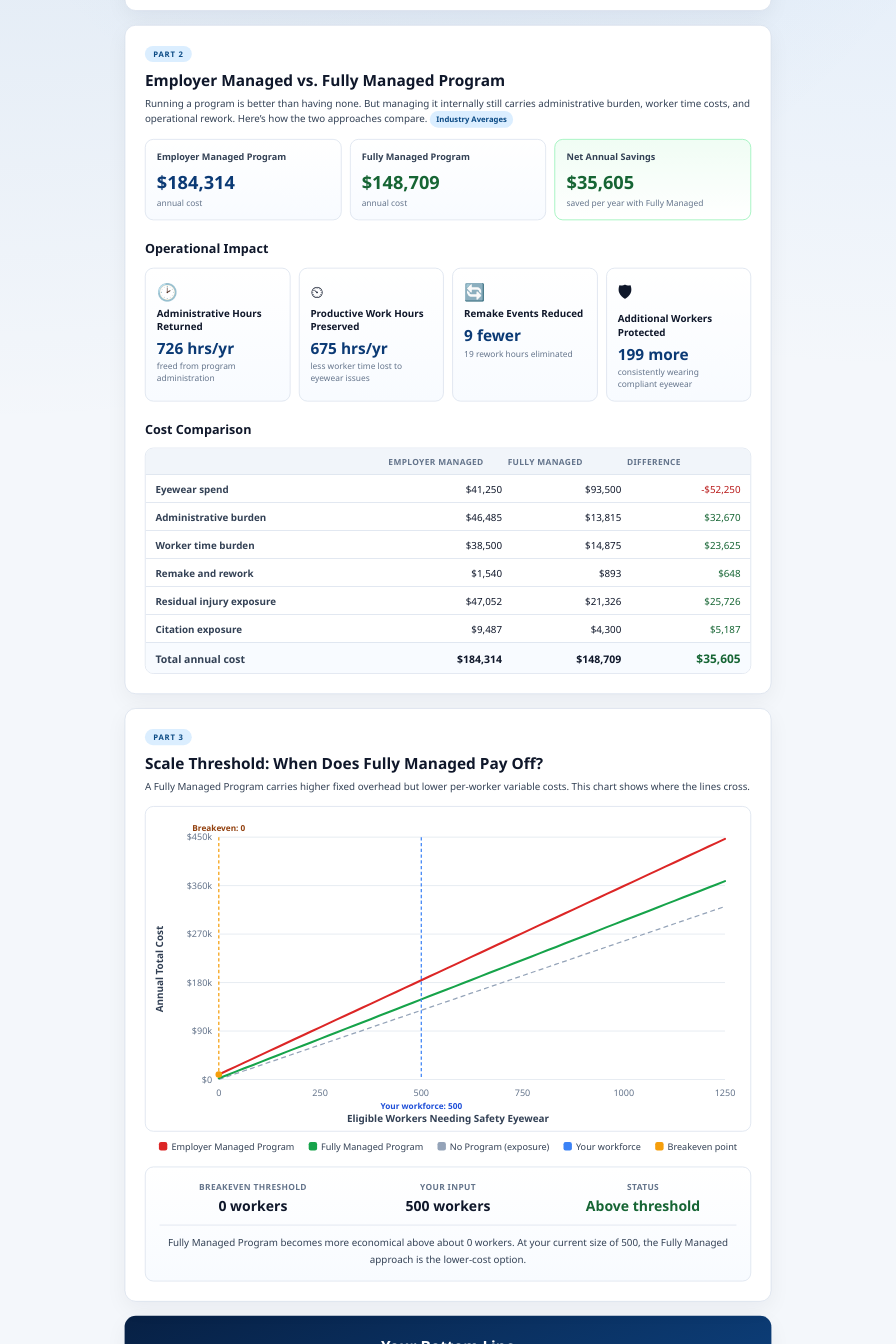
Repository: framescalemarketing-code/cost-analysis-calculator
Page: /
The author's editor kept a copy of each file at every save. The page is drawn from the files as they stood at one save, then again after the next save.
The browser window is 1280 px wide. The pictures show the part of the page from y = 1092 to 3012 px (the page is 3844 px tall), at 70% of full size.
The project was rebuilt for these pictures with package versions that can differ from the ones it lists, and the page was loaded fresh each time. The framework's server and built-in components were replaced by stand-ins that run in the browser. Also part of the build but not shown: next.config.mjs.

Above is the page before, as saved 2026-03-16 16:57:42.

### app/layout.tsx
import type { Metadata } from "next";
import "./globals.css";

export const metadata: Metadata = {
  title: "Safety Eyewear Savings Calculator",
  description: "Compare the cost of no program, an employer managed program, and a fully managed safety eyewear program — with honest breakeven analysis.",
};

export default function RootLayout({ children }: { children: React.ReactNode }) {
  return (
    <html lang="en">
      <body>{children}</body>
    </html>
  );
}

### app/lib/industryConfig.ts
/* ────────────────────────────────────────────────────────
   INDUSTRY ASSUMPTIONS
   Each industry provides a complete set of preset values
   used to drive all three scenarios: No Program,
   Employer Managed Program, and Fully Managed Program.

   Sources / basis for figures:
   • Injury rates: BLS SOII (Survey of Occupational Injuries)
   • Direct cost per eye injury: NSC Injury Facts / NCCI claims
   • Indirect multiplier: Stanford / Liberty Mutual (1:3–4 ratio)
   • Admin minutes: EHS program management benchmarks (ASSE)
   • Productivity minutes: time-motion studies for PPE programs
   • Remake rates: optical lab industry QC benchmarks
   • OSHA penalties: OSHA penalty schedule (FY 2024, serious = $16,131)
   • Participation & compliance: PPE adoption research (NIOSH, NSC)
   ──────────────────────────────────────────────────────── */

export type IndustryPreset = {
  /* ── risk profile ── */
  injuryRatePerEligibleWorkerPerYear: number;
  avgDirectEyeInjuryCost: number;
  indirectCostMultiplier: number;
  citationProbabilityPerResidualInjury: number;
  avgCitationCost: number;

  /* ── eyewear cost per participant ── */
  employerManagedEyewearCostPerWorker: number;
  fullyManagedEyewearCostPerWorker: number;

  /* ── admin burden (per-worker scaling) ── */
  employerManagedAdminMinPerWorkerPerMonth: number;
  fullyManagedAdminMinPerWorkerPerMonth: number;

  /* ── admin burden (fixed base) ── */
  employerManagedBaseAdminHoursPerYear: number;
  fullyManagedBaseAdminHoursPerYear: number;

  /* ── worker time burden (per-worker scaling) ── */
  employerManagedWorkerBurdenMinPerWorkerPerMonth: number;
  fullyManagedWorkerBurdenMinPerWorkerPerMonth: number;

  /* ── participation and compliance ── */
  employerManagedParticipationRate: number;
  fullyManagedParticipationRate: number;
  employerManagedWearComplianceRate: number;
  fullyManagedWearComplianceRate: number;

  /* ── remake / rework ── */
  employerManagedRemakeRate: number;
  fullyManagedRemakeRate: number;

  /* ── no-program disruption ── */
  noProgramDisruptionHoursPerWorkerPerYear: number;

  /* ── protection effectiveness ── */
  protectionEffectiveness: number;

  /* ── fully managed onboarding fee (one-time, amortised over contract) ── */
  fullyManagedOnboardingFee: number;
};

export type IndustryKey =
  | "Manufacturing"
  | "Construction"
  | "Warehousing"
  | "Utilities"
  | "Life Sciences"
  | "Aerospace & Defense";

export const INDUSTRIES: Record<IndustryKey, IndustryPreset> = {
  Manufacturing: {
    injuryRatePerEligibleWorkerPerYear: 0.012,
    avgDirectEyeInjuryCost: 3000,
    indirectCostMultiplier: 3,
    citationProbabilityPerResidualInjury: 0.15,
    avgCitationCost: 16131,

    employerManagedEyewearCostPerWorker: 150,
    fullyManagedEyewearCostPerWorker: 220,

    employerManagedAdminMinPerWorkerPerMonth: 15,
    fullyManagedAdminMinPerWorkerPerMonth: 3,

    employerManagedBaseAdminHoursPerYear: 208,
    fullyManagedBaseAdminHoursPerYear: 52,

    employerManagedWorkerBurdenMinPerWorkerPerMonth: 20,
    fullyManagedWorkerBurdenMinPerWorkerPerMonth: 5,

    employerManagedParticipationRate: 0.55,
    fullyManagedParticipationRate: 0.85,
    employerManagedWearComplianceRate: 0.70,
    fullyManagedWearComplianceRate: 0.92,

    employerManagedRemakeRate: 0.08,
    fullyManagedRemakeRate: 0.03,

    noProgramDisruptionHoursPerWorkerPerYear: 2.4,
    protectionEffectiveness: 0.9,
    fullyManagedOnboardingFee: 35000,
  },

  Construction: {
    injuryRatePerEligibleWorkerPerYear: 0.015,
    avgDirectEyeInjuryCost: 3200,
    indirectCostMultiplier: 3.2,
    citationProbabilityPerResidualInjury: 0.18,
    avgCitationCost: 16131,

    employerManagedEyewearCostPerWorker: 155,
    fullyManagedEyewearCostPerWorker: 225,

    employerManagedAdminMinPerWorkerPerMonth: 18,
    fullyManagedAdminMinPerWorkerPerMonth: 4,

    employerManagedBaseAdminHoursPerYear: 260,
    fullyManagedBaseAdminHoursPerYear: 52,

    employerManagedWorkerBurdenMinPerWorkerPerMonth: 24,
    fullyManagedWorkerBurdenMinPerWorkerPerMonth: 6,

    employerManagedParticipationRate: 0.50,
    fullyManagedParticipationRate: 0.82,
    employerManagedWearComplianceRate: 0.66,
    fullyManagedWearComplianceRate: 0.90,

    employerManagedRemakeRate: 0.09,
    fullyManagedRemakeRate: 0.03,

    noProgramDisruptionHoursPerWorkerPerYear: 2.9,
    protectionEffectiveness: 0.9,
    fullyManagedOnboardingFee: 45000,
  },

  Warehousing: {
    injuryRatePerEligibleWorkerPerYear: 0.009,
    avgDirectEyeInjuryCost: 2800,
    indirectCostMultiplier: 2.8,
    citationProbabilityPerResidualInjury: 0.12,
    avgCitationCost: 16131,

    employerManagedEyewearCostPerWorker: 140,
    fullyManagedEyewearCostPerWorker: 210,

    employerManagedAdminMinPerWorkerPerMonth: 14,
    fullyManagedAdminMinPerWorkerPerMonth: 3,

    employerManagedBaseAdminHoursPerYear: 156,
    fullyManagedBaseAdminHoursPerYear: 52,

    employerManagedWorkerBurdenMinPerWorkerPerMonth: 18,
    fullyManagedWorkerBurdenMinPerWorkerPerMonth: 4,

    employerManagedParticipationRate: 0.60,
    fullyManagedParticipationRate: 0.87,
    employerManagedWearComplianceRate: 0.73,
    fullyManagedWearComplianceRate: 0.93,

    employerManagedRemakeRate: 0.07,
    fullyManagedRemakeRate: 0.02,

    noProgramDisruptionHoursPerWorkerPerYear: 2.2,
    protectionEffectiveness: 0.9,
    fullyManagedOnboardingFee: 25000,
  },

  Utilities: {
    injuryRatePerEligibleWorkerPerYear: 0.010,
    avgDirectEyeInjuryCost: 2900,
    indirectCostMultiplier: 2.9,
    citationProbabilityPerResidualInjury: 0.14,
    avgCitationCost: 16131,

    employerManagedEyewearCostPerWorker: 145,
    fullyManagedEyewearCostPerWorker: 215,

    employerManagedAdminMinPerWorkerPerMonth: 16,
    fullyManagedAdminMinPerWorkerPerMonth: 3,

    employerManagedBaseAdminHoursPerYear: 182,
    fullyManagedBaseAdminHoursPerYear: 52,

    employerManagedWorkerBurdenMinPerWorkerPerMonth: 20,
    fullyManagedWorkerBurdenMinPerWorkerPerMonth: 5,

    employerManagedParticipationRate: 0.58,
    fullyManagedParticipationRate: 0.86,
    employerManagedWearComplianceRate: 0.72,
    fullyManagedWearComplianceRate: 0.92,

    employerManagedRemakeRate: 0.07,
    fullyManagedRemakeRate: 0.02,

    noProgramDisruptionHoursPerWorkerPerYear: 2.4,
    protectionEffectiveness: 0.9,
    fullyManagedOnboardingFee: 32000,
  },

  "Life Sciences": {
    injuryRatePerEligibleWorkerPerYear: 0.008,
    avgDirectEyeInjuryCost: 3400,
    indirectCostMultiplier: 3.5,
    citationProbabilityPerResidualInjury: 0.20,
    avgCitationCost: 16131,

    employerManagedEyewearCostPerWorker: 165,
    fullyManagedEyewearCostPerWorker: 235,

    employerManagedAdminMinPerWorkerPerMonth: 16,
    fullyManagedAdminMinPerWorkerPerMonth: 3,

    employerManagedBaseAdminHoursPerYear: 220,
    fullyManagedBaseAdminHoursPerYear: 56,

    employerManagedWorkerBurdenMinPerWorkerPerMonth: 18,
    fullyManagedWorkerBurdenMinPerWorkerPerMonth: 5,

    employerManagedParticipationRate: 0.62,
    fullyManagedParticipationRate: 0.90,
    employerManagedWearComplianceRate: 0.75,
    fullyManagedWearComplianceRate: 0.94,

    employerManagedRemakeRate: 0.06,
    fullyManagedRemakeRate: 0.02,

    noProgramDisruptionHoursPerWorkerPerYear: 2.2,
    protectionEffectiveness: 0.9,
    fullyManagedOnboardingFee: 38000,
  },

  "Aerospace & Defense": {
    injuryRatePerEligibleWorkerPerYear: 0.011,
    avgDirectEyeInjuryCost: 3600,
    indirectCostMultiplier: 3.8,
    citationProbabilityPerResidualInjury: 0.22,
    avgCitationCost: 16131,

    employerManagedEyewearCostPerWorker: 170,
    fullyManagedEyewearCostPerWorker: 240,

    employerManagedAdminMinPerWorkerPerMonth: 17,
    fullyManagedAdminMinPerWorkerPerMonth: 3,

    employerManagedBaseAdminHoursPerYear: 240,
    fullyManagedBaseAdminHoursPerYear: 60,

    employerManagedWorkerBurdenMinPerWorkerPerMonth: 22,
    fullyManagedWorkerBurdenMinPerWorkerPerMonth: 5,

    employerManagedParticipationRate: 0.56,
    fullyManagedParticipationRate: 0.88,
    employerManagedWearComplianceRate: 0.72,
    fullyManagedWearComplianceRate: 0.93,

    employerManagedRemakeRate: 0.07,
    fullyManagedRemakeRate: 0.02,

    noProgramDisruptionHoursPerWorkerPerYear: 2.6,
    protectionEffectiveness: 0.9,
    fullyManagedOnboardingFee: 45000,
  },
};

/* ── Global constants ── */

export const ADMIN_HOURLY_RATE = 45;
export const WORKER_HOURLY_RATE = 35;
export const HOURS_LOST_PER_REMAKE_EVENT = 2;
export const ONBOARDING_AMORTIZATION_YEARS = 3;

### app/lib/calculations.ts
/* ────────────────────────────────────────────────────────
   CALCULATIONS MODULE
   All formulas for the three scenarios live here.
   Every function is pure — plug in numbers, get results.
   ──────────────────────────────────────────────────────── */

import {
  type IndustryPreset,
  ADMIN_HOURLY_RATE,
  WORKER_HOURLY_RATE,
  HOURS_LOST_PER_REMAKE_EVENT,
} from "./industryConfig";

/* ── No Program ──────────────────────────────────────── */

export type NoProgramResult = {
  expectedInjuries: number;
  injuryCost: number;
  citationCost: number;
  productivityLossHours: number;
  productivityLossValue: number;
  totalExposure: number;
};

export function calcNoProgram(
  eligibleEmployees: number,
  d: IndustryPreset,
): NoProgramResult {
  const expectedInjuries =
    eligibleEmployees * d.injuryRatePerEligibleWorkerPerYear;

  const injuryCost =
    expectedInjuries * d.avgDirectEyeInjuryCost * (1 + d.indirectCostMultiplier);

  const citationCost =
    expectedInjuries * d.citationProbabilityPerResidualInjury * d.avgCitationCost;

  const productivityLossHours =
    eligibleEmployees * d.noProgramDisruptionHoursPerWorkerPerYear;

  const productivityLossValue =
    productivityLossHours * WORKER_HOURLY_RATE;

  const totalExposure =
    injuryCost + citationCost + productivityLossValue;

  return {
    expectedInjuries,
    injuryCost,
    citationCost,
    productivityLossHours,
    productivityLossValue,
    totalExposure,
  };
}

/* ── Program scenario (Employer Managed or Fully Managed) ── */

export type ProgramResult = {
  participants: number;
  protectedWorkers: number;
  adminHours: number;
  adminValue: number;
  workerBurdenHours: number;
  workerBurdenValue: number;
  remakeEvents: number;
  remakeHours: number;
  remakeValue: number;
  residualInjuries: number;
  injuryCost: number;
  citationCost: number;
  eyewearCost: number;
  totalCost: number;
};

export function calcEmployerManaged(
  eligibleEmployees: number,
  d: IndustryPreset,
): ProgramResult {
  const participants =
    eligibleEmployees * d.employerManagedParticipationRate;

  const protectedWorkers =
    eligibleEmployees
    * d.employerManagedParticipationRate
    * d.employerManagedWearComplianceRate;

  const adminHours =
    d.employerManagedBaseAdminHoursPerYear
    + (d.employerManagedAdminMinPerWorkerPerMonth * participants * 12) / 60;

  const adminValue = adminHours * ADMIN_HOURLY_RATE;

  const workerBurdenHours =
    (d.employerManagedWorkerBurdenMinPerWorkerPerMonth * participants * 12) / 60;

  const workerBurdenValue = workerBurdenHours * WORKER_HOURLY_RATE;

  const remakeEvents = participants * d.employerManagedRemakeRate;
  const remakeHours = remakeEvents * HOURS_LOST_PER_REMAKE_EVENT;
  const remakeValue = remakeHours * WORKER_HOURLY_RATE;

  const residualInjuries =
    eligibleEmployees
    * d.injuryRatePerEligibleWorkerPerYear
    * (
      1
      - d.employerManagedParticipationRate
        * d.employerManagedWearComplianceRate
        * d.protectionEffectiveness
    );

  const injuryCost =
    residualInjuries * d.avgDirectEyeInjuryCost * (1 + d.indirectCostMultiplier);

  const citationCost =
    residualInjuries * d.citationProbabilityPerResidualInjury * d.avgCitationCost;

  const eyewearCost =
    participants * d.employerManagedEyewearCostPerWorker;

  const totalCost =
    eyewearCost
    + adminValue
    + workerBurdenValue
    + remakeValue
    + injuryCost
    + citationCost;

  return {
    participants,
    protectedWorkers,
    adminHours,
    adminValue,
    workerBurdenHours,
    workerBurdenValue,
    remakeEvents,
    remakeHours,
    remakeValue,
    residualInjuries,
    injuryCost,
    citationCost,
    eyewearCost,
    totalCost,
  };
}

export function calcFullyManaged(
  eligibleEmployees: number,
  d: IndustryPreset,
): ProgramResult {
  const participants =
    eligibleEmployees * d.fullyManagedParticipationRate;

  const protectedWorkers =
    eligibleEmployees
    * d.fullyManagedParticipationRate
    * d.fullyManagedWearComplianceRate;

  const adminHours =
    d.fullyManagedBaseAdminHoursPerYear
    + (d.fullyManagedAdminMinPerWorkerPerMonth * participants * 12) / 60;

  const adminValue = adminHours * ADMIN_HOURLY_RATE;

  const workerBurdenHours =
    (d.fullyManagedWorkerBurdenMinPerWorkerPerMonth * participants * 12) / 60;

  const workerBurdenValue = workerBurdenHours * WORKER_HOURLY_RATE;

  const remakeEvents = participants * d.fullyManagedRemakeRate;
  const remakeHours = remakeEvents * HOURS_LOST_PER_REMAKE_EVENT;
  const remakeValue = remakeHours * WORKER_HOURLY_RATE;

  const residualInjuries =
    eligibleEmployees
    * d.injuryRatePerEligibleWorkerPerYear
    * (
      1
      - d.fullyManagedParticipationRate
        * d.fullyManagedWearComplianceRate
        * d.protectionEffectiveness
    );

  const injuryCost =
    residualInjuries * d.avgDirectEyeInjuryCost * (1 + d.indirectCostMultiplier);

  const citationCost =
    residualInjuries * d.citationProbabilityPerResidualInjury * d.avgCitationCost;

  const eyewearCost =
    participants * d.fullyManagedEyewearCostPerWorker;

  const totalCost =
    eyewearCost
    + adminValue
    + workerBurdenValue
    + remakeValue
    + injuryCost
    + citationCost;

  return {
    participants,
    protectedWorkers,
    adminHours,
    adminValue,
    workerBurdenHours,
    workerBurdenValue,
    remakeEvents,
    remakeHours,
    remakeValue,
    residualInjuries,
    injuryCost,
    citationCost,
    eyewearCost,
    totalCost,
  };
}

/* ── Operational impact (Fully Managed vs Employer Managed) ── */

export type OperationalImpact = {
  administrativeHoursReturned: number;
  productiveWorkHoursPreserved: number;
  remakeEventsReduced: number;
  remakeHoursReduced: number;
  additionalWorkersProtected: number;
  residualInjuriesReduced: number;
};

export function calcOperationalImpact(
  em: ProgramResult,
  fm: ProgramResult,
): OperationalImpact {
  return {
    administrativeHoursReturned: em.adminHours - fm.adminHours,
    productiveWorkHoursPreserved: em.workerBurdenHours - fm.workerBurdenHours,
    remakeEventsReduced: em.remakeEvents - fm.remakeEvents,
    remakeHoursReduced: em.remakeHours - fm.remakeHours,
    additionalWorkersProtected: fm.protectedWorkers - em.protectedWorkers,
    residualInjuriesReduced: em.residualInjuries - fm.residualInjuries,
  };
}

/* ── Savings breakdown (Fully Managed vs Employer Managed) ── */

export type SavingsBreakdown = {
  adminSavings: number;
  productivitySavings: number;
  remakeSavings: number;
  injurySavings: number;
  citationSavings: number;
  additionalEyewearSpend: number;
  netAnnualSavings: number;
};

export function calcSavingsVsEmployerManaged(
  em: ProgramResult,
  fm: ProgramResult,
  impact: OperationalImpact,
  d: IndustryPreset,
): SavingsBreakdown {
  const adminSavings = impact.administrativeHoursReturned * ADMIN_HOURLY_RATE;
  const productivitySavings =
    impact.productiveWorkHoursPreserved * WORKER_HOURLY_RATE;
  const remakeSavings = impact.remakeHoursReduced * WORKER_HOURLY_RATE;

  const injurySavings =
    impact.residualInjuriesReduced
    * d.avgDirectEyeInjuryCost
    * (1 + d.indirectCostMultiplier);

  const citationSavings = em.citationCost - fm.citationCost;

  const additionalEyewearSpend = fm.eyewearCost - em.eyewearCost;

  const netAnnualSavings =
    adminSavings
    + productivitySavings
    + remakeSavings
    + injurySavings
    + citationSavings
    - additionalEyewearSpend;

  return {
    adminSavings,
    productivitySavings,
    remakeSavings,
    injurySavings,
    citationSavings,
    additionalEyewearSpend,
    netAnnualSavings,
  };
}

/* ── No Program comparison ── */

export type NoProgramComparison = {
  netSavingsVsNoProgram: number;
  injuriesPreventedVsNoProgram: number;
};

export function calcSavingsVsNoProgram(
  noProgram: NoProgramResult,
  fm: ProgramResult,
): NoProgramComparison {
  return {
    netSavingsVsNoProgram: noProgram.totalExposure - fm.totalCost,
    injuriesPreventedVsNoProgram: noProgram.expectedInjuries - fm.residualInjuries,
  };
}

/* ── Breakeven logic ── */

export type BreakevenResult = {
  fixedCostGap: number;
  variableSavingsPerWorker: number;
  breakevenWorkers: number | null; // null = never breaks even
  isAboveBreakeven: boolean;
};

export function calcBreakeven(
  eligibleEmployees: number,
  d: IndustryPreset,
): BreakevenResult {
  const fixedCostGap =
    (d.fullyManagedBaseAdminHoursPerYear - d.employerManagedBaseAdminHoursPerYear)
    * ADMIN_HOURLY_RATE;

  // Per-worker injury and citation savings
  const emResidualFactor =
    1
    - d.employerManagedParticipationRate
      * d.employerManagedWearComplianceRate
      * d.protectionEffectiveness;
  const fmResidualFactor =
    1
    - d.fullyManagedParticipationRate
      * d.fullyManagedWearComplianceRate
      * d.protectionEffectiveness;

  const perWorkerInjurySavings =
    d.injuryRatePerEligibleWorkerPerYear
    * (emResidualFactor - fmResidualFactor)
    * d.avgDirectEyeInjuryCost
    * (1 + d.indirectCostMultiplier);

  const perWorkerCitationSavings =
    d.injuryRatePerEligibleWorkerPerYear
    * (emResidualFactor - fmResidualFactor)
    * d.citationProbabilityPerResidualInjury
    * d.avgCitationCost;

  const perWorkerInjuryAndCitationSavings =
    perWorkerInjurySavings + perWorkerCitationSavings;

  const variableSavingsPerWorker =
    // Admin savings per worker
    (
      d.employerManagedAdminMinPerWorkerPerMonth * d.employerManagedParticipationRate
      - d.fullyManagedAdminMinPerWorkerPerMonth * d.fullyManagedParticipationRate
    ) * 12 / 60 * ADMIN_HOURLY_RATE
    // Worker burden savings per worker
    + (
      d.employerManagedWorkerBurdenMinPerWorkerPerMonth * d.employerManagedParticipationRate
      - d.fullyManagedWorkerBurdenMinPerWorkerPerMonth * d.fullyManagedParticipationRate
    ) * 12 / 60 * WORKER_HOURLY_RATE
    // Remake savings per worker
    + (
      d.employerManagedRemakeRate * d.employerManagedParticipationRate
      - d.fullyManagedRemakeRate * d.fullyManagedParticipationRate
    ) * HOURS_LOST_PER_REMAKE_EVENT * WORKER_HOURLY_RATE
    // Injury and citation savings per worker
    + perWorkerInjuryAndCitationSavings
    // Minus additional eyewear cost per worker
    - (
      d.fullyManagedParticipationRate * d.fullyManagedEyewearCostPerWorker
      - d.employerManagedParticipationRate * d.employerManagedEyewearCostPerWorker
    );

  let breakevenWorkers: number | null = null;
  if (variableSavingsPerWorker > 0) {
    breakevenWorkers = Math.ceil(fixedCostGap / variableSavingsPerWorker);
    if (breakevenWorkers < 0) breakevenWorkers = 0;
  }

  const isAboveBreakeven =
    breakevenWorkers !== null && eligibleEmployees >= breakevenWorkers;

  return {
    fixedCostGap,
    variableSavingsPerWorker,
    breakevenWorkers,
    isAboveBreakeven,
  };
}

/* ── Scale chart data (cost vs workforce size) ── */

export type ScalePoint = {
  workers: number;
  employerManagedCost: number;
  fullyManagedCost: number;
  noProgramExposure: number;
};

export function calcScaleData(
  d: IndustryPreset,
  maxWorkers: number,
  steps: number = 50,
): ScalePoint[] {
  const points: ScalePoint[] = [];
  for (let i = 0; i <= steps; i++) {
    const w = Math.round((maxWorkers / steps) * i);
    const em = calcEmployerManaged(w, d);
    const fm = calcFullyManaged(w, d);
    const np = calcNoProgram(w, d);
    points.push({
      workers: w,
      employerManagedCost: em.totalCost,
      fullyManagedCost: fm.totalCost,
      noProgramExposure: np.totalExposure,
    });
  }
  return points;
}

Loaded but not shown: app/page.tsx (613 lines, source omitted); app/globals.css (584 lines, source omitted)

After the next save:
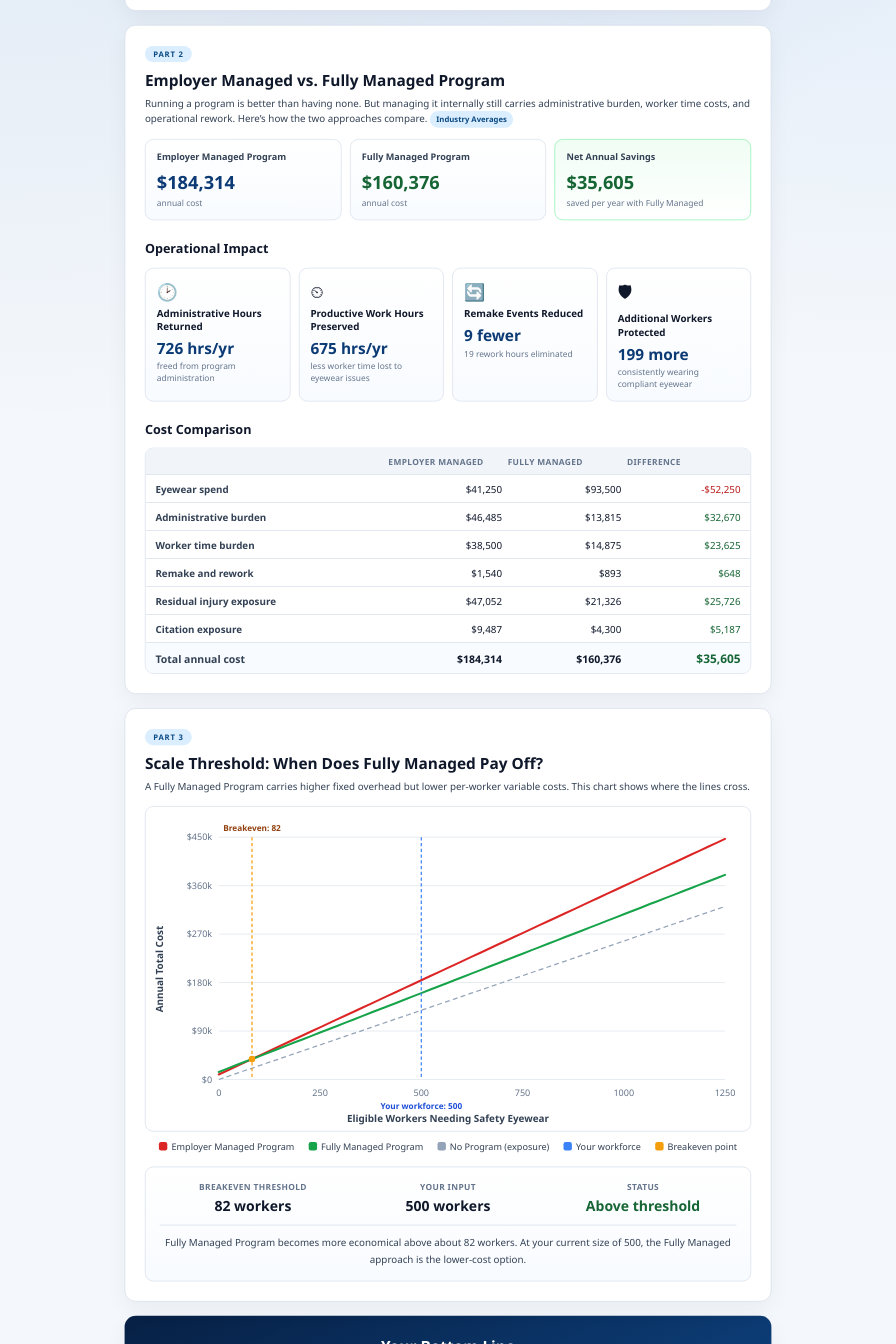
Saved 31 s later.
--- a/app/lib/calculations.ts
+++ b/app/lib/calculations.ts
@@ -9,6 +9,7 @@ import {
   ADMIN_HOURLY_RATE,
   WORKER_HOURLY_RATE,
   HOURS_LOST_PER_REMAKE_EVENT,
+  ONBOARDING_AMORTIZATION_YEARS,
 } from "./industryConfig";
 
 /* ── No Program ──────────────────────────────────────── */
@@ -70,6 +71,7 @@ export type ProgramResult = {
   injuryCost: number;
   citationCost: number;
   eyewearCost: number;
+  onboardingAmortized: number;
   totalCost: number;
 };
 
@@ -118,6 +120,8 @@ export function calcEmployerManaged(
 
   const eyewearCost =
     participants * d.employerManagedEyewearCostPerWorker;
+
+  const onboardingAmortized = 0;
 
   const totalCost =
     eyewearCost
@@ -141,6 +145,7 @@ export function calcEmployerManaged(
     injuryCost,
     citationCost,
     eyewearCost,
+    onboardingAmortized,
     totalCost,
   };
 }
@@ -191,13 +196,17 @@ export function calcFullyManaged(
   const eyewearCost =
     participants * d.fullyManagedEyewearCostPerWorker;
 
+  const onboardingAmortized =
+    d.fullyManagedOnboardingFee / ONBOARDING_AMORTIZATION_YEARS;
+
   const totalCost =
     eyewearCost
     + adminValue
     + workerBurdenValue
     + remakeValue
     + injuryCost
-    + citationCost;
+    + citationCost
+    + onboardingAmortized;
 
   return {
     participants,
@@ -213,6 +222,7 @@ export function calcFullyManaged(
     injuryCost,
     citationCost,
     eyewearCost,
+    onboardingAmortized,
     totalCost,
   };
 }
@@ -324,8 +334,9 @@ export function calcBreakeven(
   d: IndustryPreset,
 ): BreakevenResult {
   const fixedCostGap =
-    (d.fullyManagedBaseAdminHoursPerYear - d.employerManagedBaseAdminHoursPerYear)
-    * ADMIN_HOURLY_RATE;
+    (d.fullyManagedOnboardingFee / ONBOARDING_AMORTIZATION_YEARS)
+    + (d.fullyManagedBaseAdminHoursPerYear - d.employerManagedBaseAdminHoursPerYear)
+      * ADMIN_HOURLY_RATE;
 
   // Per-worker injury and citation savings
   const emResidualFactor =
